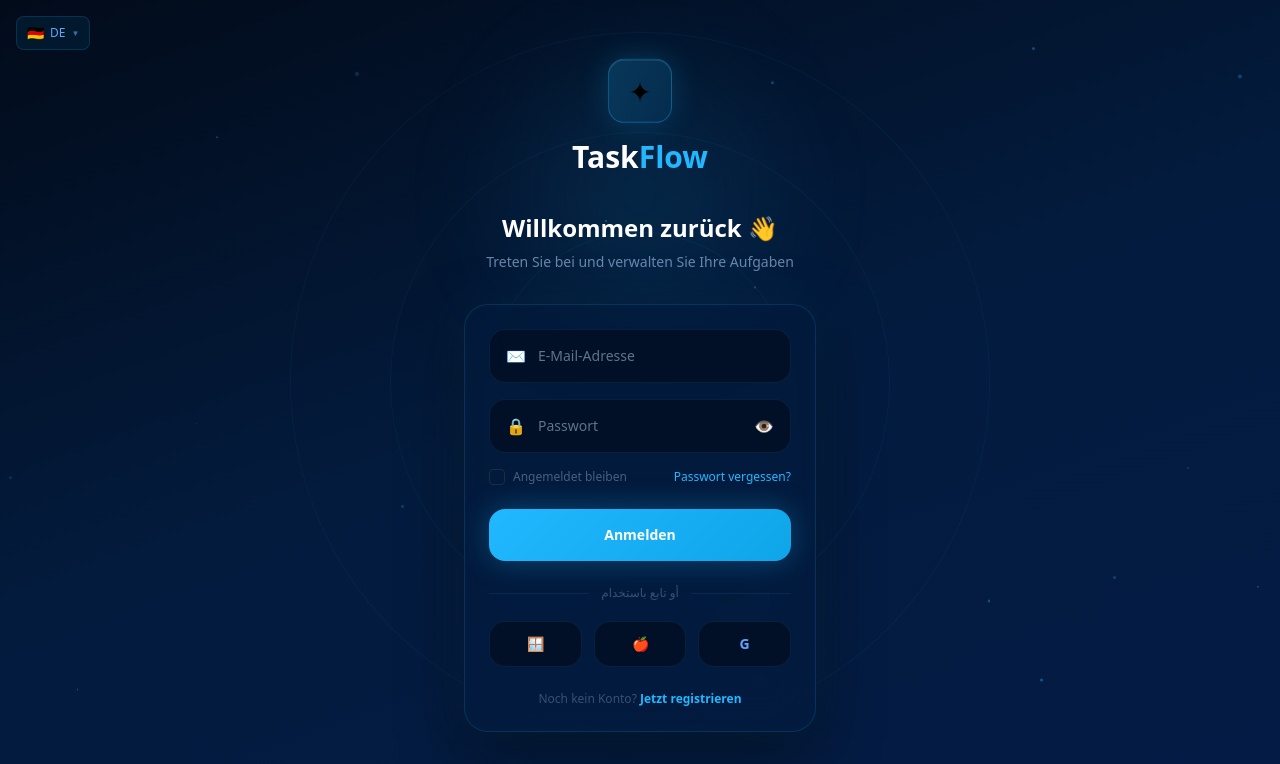
Repository: IssamSaed98/TaskManager.Frontend
Page: /
These files come from the project's save history. The page is drawn as it stood at one moment and after the next save; the edit follows.
The browser window is 1280 px wide. The pictures show the whole page.
The project was rebuilt for these pictures with package versions that can differ from the ones it lists, and the page was loaded fresh each time. Also part of the build but not shown: vite.config.js, src/pages/Register.jsx, src/pages/AdminDashboard.jsx, src/components/TaskForm.jsx, src/components/TaskCard.jsx, src/components/KanbanBoard.jsx.

Above is the page before, as saved 2026-06-01 02:44:24.

After the next save:
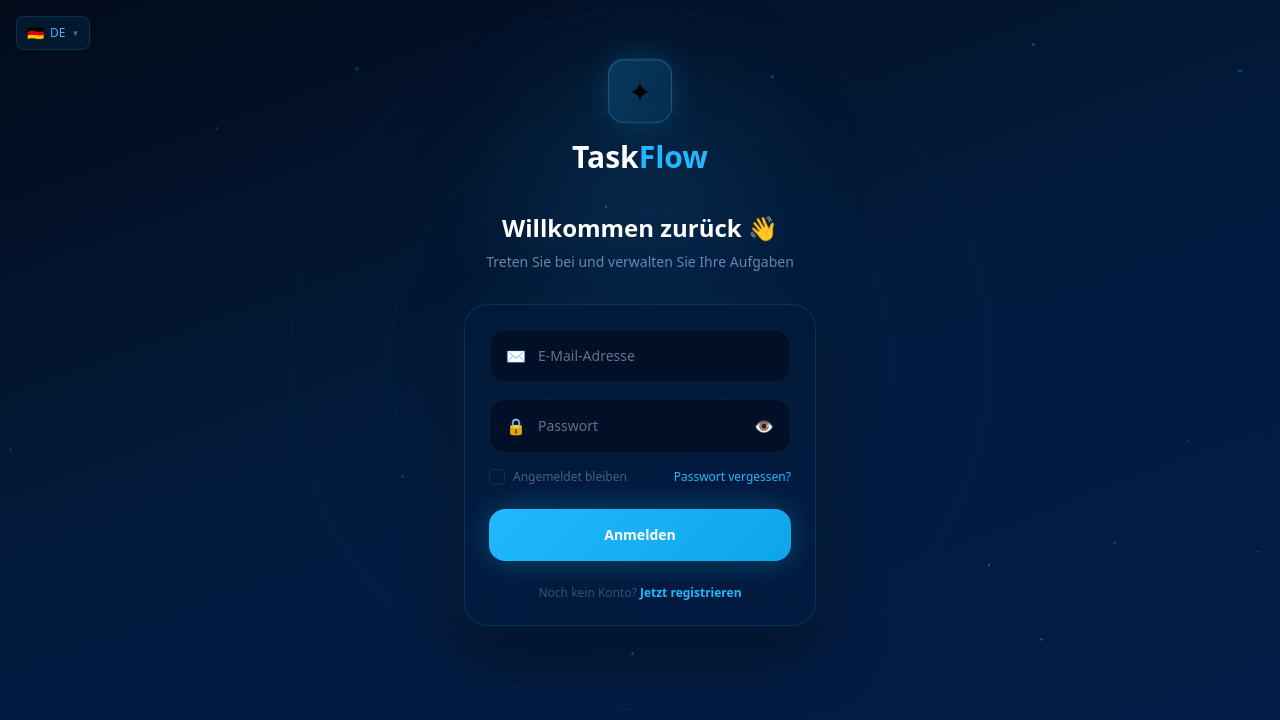
Saved 10 h 21 min later.
--- a/src/pages/Login.jsx
+++ b/src/pages/Login.jsx
@@ -220,30 +220,9 @@ function Login({ onLogin, goToRegister }) {
           </motion.button>
 
           {/* Divider */}
-          <div className="flex items-center gap-3 mb-5">
-            <div className="flex-1 h-px" style={{ background: 'rgba(34,184,255,0.1)' }} />
-            <span className="text-xs" style={{ color: '#3a5070' }}>أو تابع باستخدام</span>
-            <div className="flex-1 h-px" style={{ background: 'rgba(34,184,255,0.1)' }} />
-          </div>
+
 
           {/* Social */}
-          <div className="flex gap-3 mb-6">
-            {['🪟', '🍎', 'G'].map((icon, i) => (
-              <motion.button
-                key={i}
-                className="flex-1 py-3 rounded-2xl text-sm font-bold"
-                style={{
-                  background: 'rgba(2,11,26,0.6)',
-                  border: '1px solid rgba(34,184,255,0.1)',
-                  color: '#60a5fa',
-                }}
-                whileHover={{ scale: 1.05, boxShadow: '0 0 15px rgba(34,184,255,0.15)' }}
-                whileTap={{ scale: 0.95 }}
-              >
-                {icon}
-              </motion.button>
-            ))}
-          </div>
 
           {/* Register link */}
           <p className="text-center text-xs" style={{ color: '#3a5070' }}>
